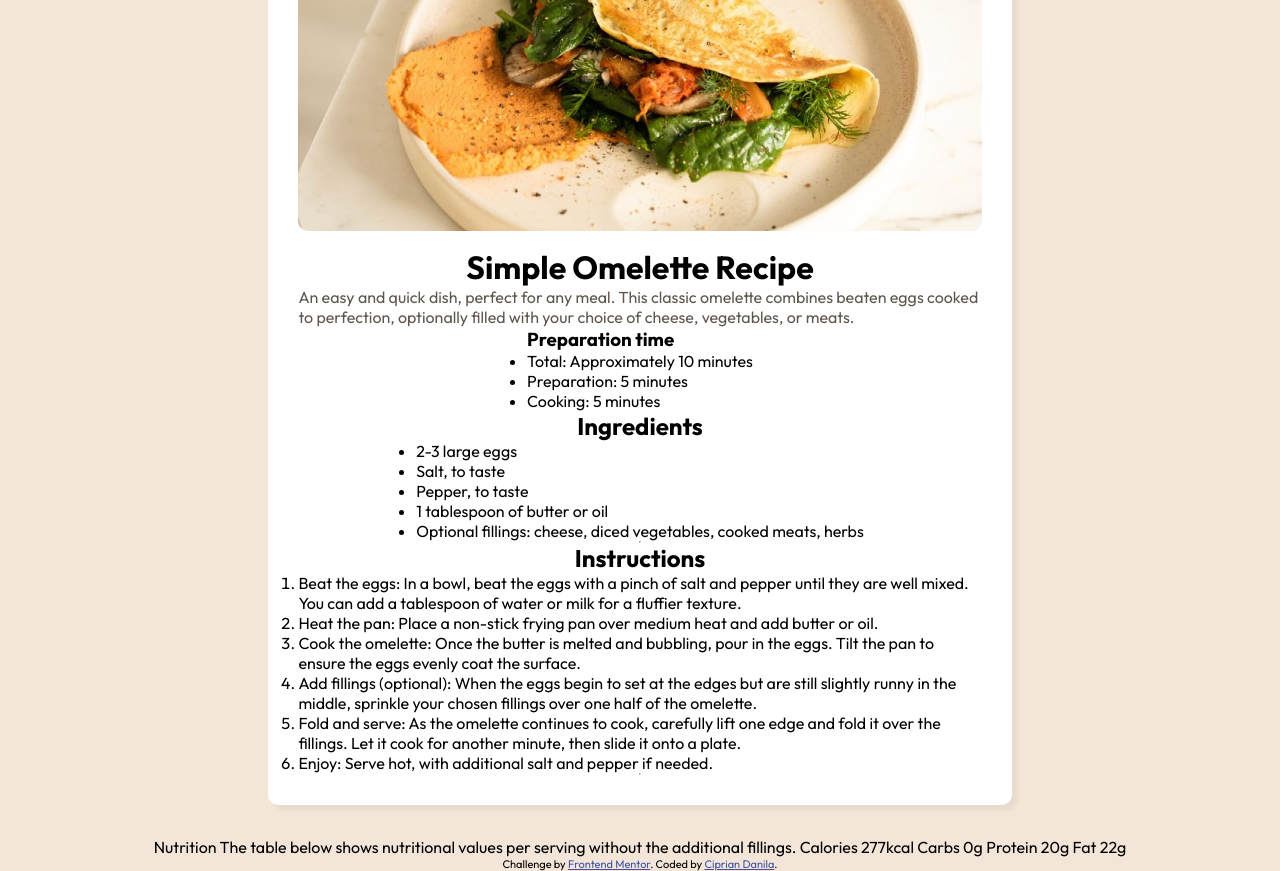
Repository: cipdanila/recipe-page
Page: index.html
These files come from the project's save history. The page is drawn as it stood at one moment and after the next save; the edit follows.
The browser window is 1280 px wide. The pictures show the whole page.

Above is the page before, as saved 2024-01-21 15:51:35.

### index.html
<!DOCTYPE html>
<html lang="en">
<head>
  <meta charset="UTF-8">
  <meta name="viewport" content="width=device-width, initial-scale=1.0"> <!-- displays site properly based on user's device -->

  <link rel="icon" type="image/png" sizes="32x32" href="./assets/images/favicon-32x32.png">
  <link rel="stylesheet" href="styles.css">

  <title>Frontend Mentor | Recipe page</title>

</head>
<body>
  <main>
    <div class="container">
      <img src="./assets/images//image-omelette.jpeg" alt="image-omlette">
      <h1>Simple Omelette Recipe</h1>
      <p>
        An easy and quick dish, perfect for any meal. This classic omelette combines beaten eggs cooked
        to perfection, optionally filled with your choice of cheese, vegetables, or meats.
      </p>
      <div class="prep-container">
        <h3>Preparation time</h3>
        <ul>
          <li>Total: Approximately 10 minutes</li>
          <li>Preparation: 5 minutes</li>
          <li>Cooking: 5 minutes</li>
        </ul>
      </div>
      <h2>Ingredients</h2>
      <ul>
        <li>2-3 large eggs</li>
        <li>Salt, to taste</li>
        <li>Pepper, to taste</li>
        <li>1 tablespoon of butter or oil</li>
        <li>Optional fillings: cheese, diced vegetables, cooked meats, herbs</li>
      </ul>
      <hr>
      <h2>Instructions</h2>
      <ol>
        <li>Beat the eggs: In a bowl, beat the eggs with a pinch of salt and pepper until they are well mixed.
          You can add a tablespoon of water or milk for a fluffier texture.</li>
        <li>Heat the pan: Place a non-stick frying pan over medium heat and add butter or oil.</li>
        <li>Cook the omelette: Once the butter is melted and bubbling, pour in the eggs. Tilt the pan to ensure
          the eggs evenly coat the surface.</li>
        <li>Add fillings (optional): When the eggs begin to set at the edges but are still slightly runny in the
          middle, sprinkle your chosen fillings over one half of the omelette.</li>
        <li>Fold and serve: As the omelette continues to cook, carefully lift one edge and fold it over the
          fillings. Let it cook for another minute, then slide it onto a plate.</li>
        <li>Enjoy: Serve hot, with additional salt and pepper if needed.</li>
      </ol>
      <hr>
    </div>
  </main>

  Nutrition

  The table below shows nutritional values per serving without the additional fillings.

  Calories
  277kcal

  Carbs
  0g

  Protein
  20g

  Fat
  22g
  <footer>
    <div class="attribution">
      Challenge by <a href="https://www.frontendmentor.io?ref=challenge" target="_blank" rel="noopener">Frontend Mentor</a>.
      Coded by <a href="https://github.com/cipdanila" target="_blank" rel="noopener noreferrer">Ciprian Danila</a>.
    </div>
  </footer>
</body>
</html>

### styles.css
@import url("https://fonts.googleapis.com/css2?family=Outfit:wght@400;600;700&family=Young+Serif&display=swap");

* {
    margin: 0;
    padding: 0;
    box-sizing: border-box;
}

:root {
    /* Primary Colors */
    --nutmeg: hsl(14, 45%, 36%);            /* h2 */
    --dark-raspberry: hsl(332, 51%, 32%);   /* h3 */
    /* Neutral Colors */
    --white: hsl(0, 0%, 100%);              /* main container */
    --rose-white: hsl(330, 100%, 98%);      /* second container */
    --eggshell: hsl(30, 54%, 90%);          /* body */
    --light-grey: hsl(30, 18%, 87%);        /* shadow */
    --wenge-brown: hsl(30, 10%, 34%);       /* regular font */
    --dark-charcoal: hsl(24, 5%, 18%);      /* bold font */
}

body {
    font-family: "Outfit", sans-serif;
    font-size: 16px;
    background-color: var(--eggshell);
    display: flex;
    flex-direction: column;
    align-items: center;
    justify-content: center;
    height: calc(100vh - 1px);
    margin: 1.25rem;
}

main {
    width: 60%;
}

img {
    max-width: 100%;
}

p {
    color: var(--wenge-brown);
}

.container {
    background-color: var(--white);
    padding: 1.90rem;
    border-radius: 0.625rem;
    box-shadow: 5px 5px 5px rgba(0, 0, 0, 0.05);
    display: flex;
    flex-direction: column;
    align-items: center;
    margin-bottom: 2rem;
}

.container img {
    border-radius: 0.625rem;
    margin-bottom: 1rem;
}

.attribution {
    font-size: 11px;
    text-align: center;
}

.attribution a {
    color: hsl(228, 45%, 44%);
}

/* @media (min-width: 375px) {
    .container {
        width: 60%;
        display: flex;
        flex-direction: column;
        align-items: center;
        justify-content: center;
        height: calc(100vh - 1px);
        margin: 1.25rem;
    }
} */

After the next save:
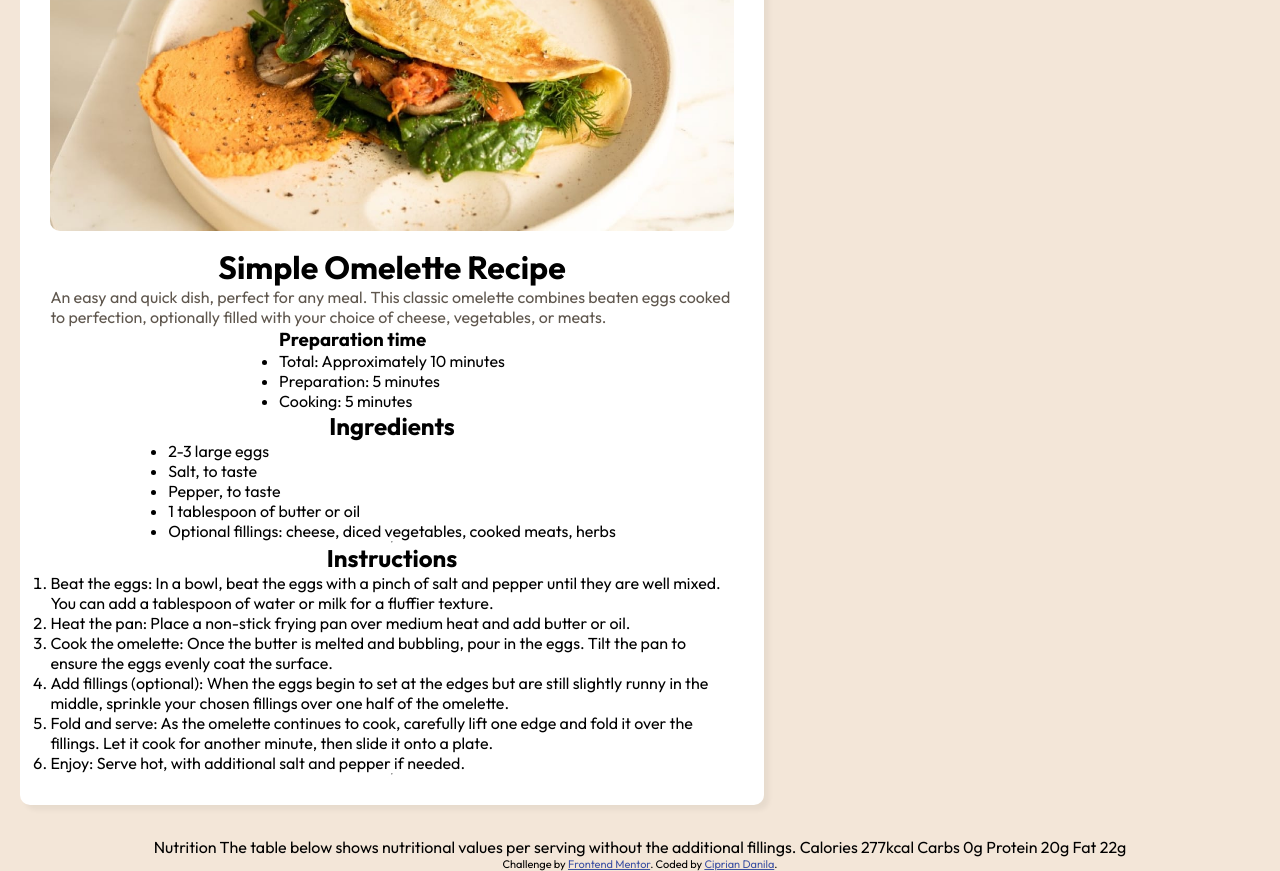
Saved 38 s later.
--- a/styles.css
+++ b/styles.css
@@ -31,9 +31,6 @@
     margin: 1.25rem;
 }
 
-main {
-    width: 60%;
-}
 
 img {
     max-width: 100%;
@@ -44,6 +41,7 @@
 }
 
 .container {
+    width: 60%;
     background-color: var(--white);
     padding: 1.90rem;
     border-radius: 0.625rem;
